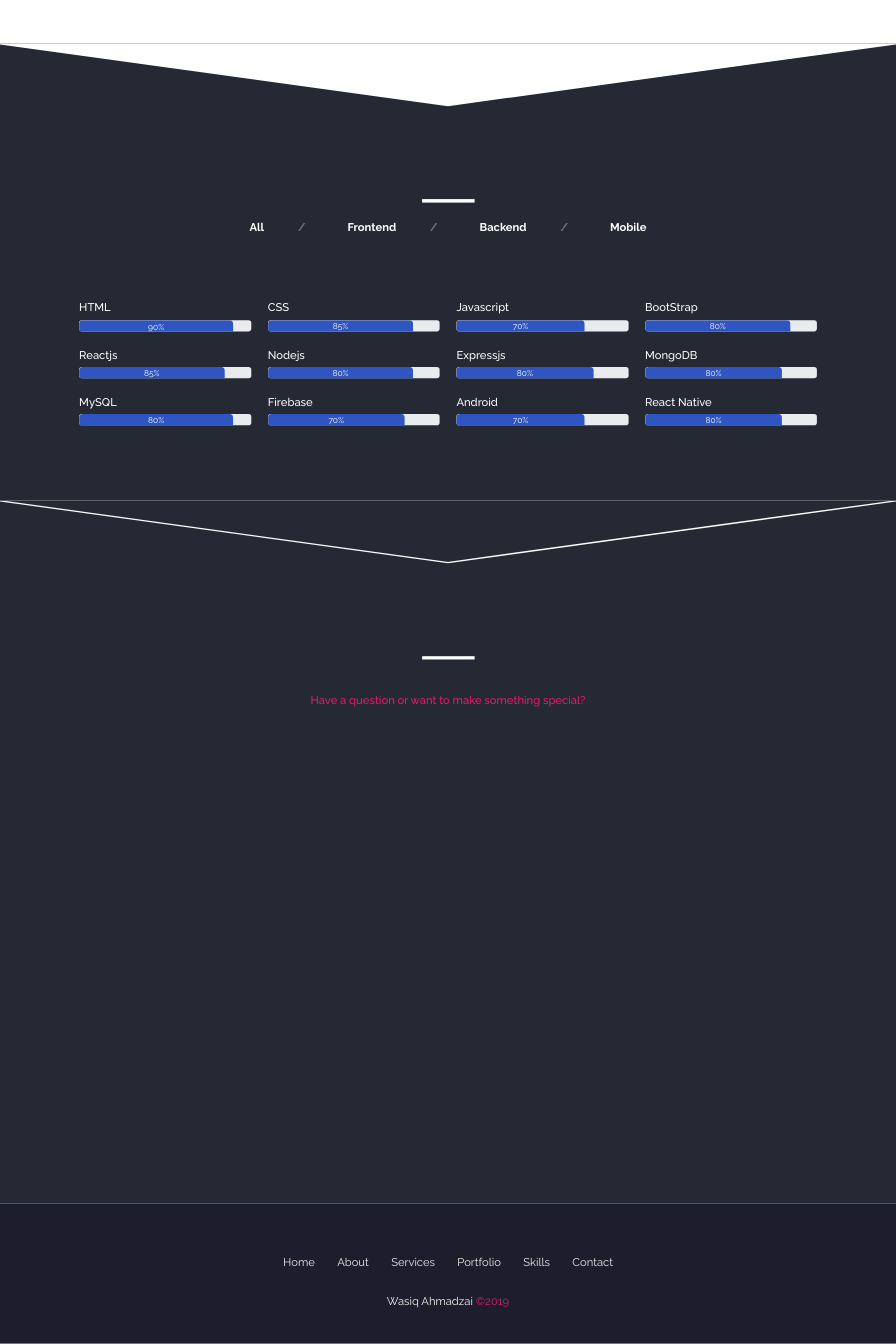
Repository: wasiqkhan/wasiqkhan.github.io
Page: index.html
The author's editor kept a copy of each file at every save. The page is drawn from the files as they stood at one save, then again after the next save.
The browser window is 1280 px wide. The pictures show the part of the page from y = 3818 to 5738 px (the page is 5738 px tall before and 5666 px after), at 70% of full size.

Above is the page before, as saved 2020-10-27 19:54:46.
Not found: js/all.js
Not found: js/app.js
Not found: js/particles.js

After the next save:
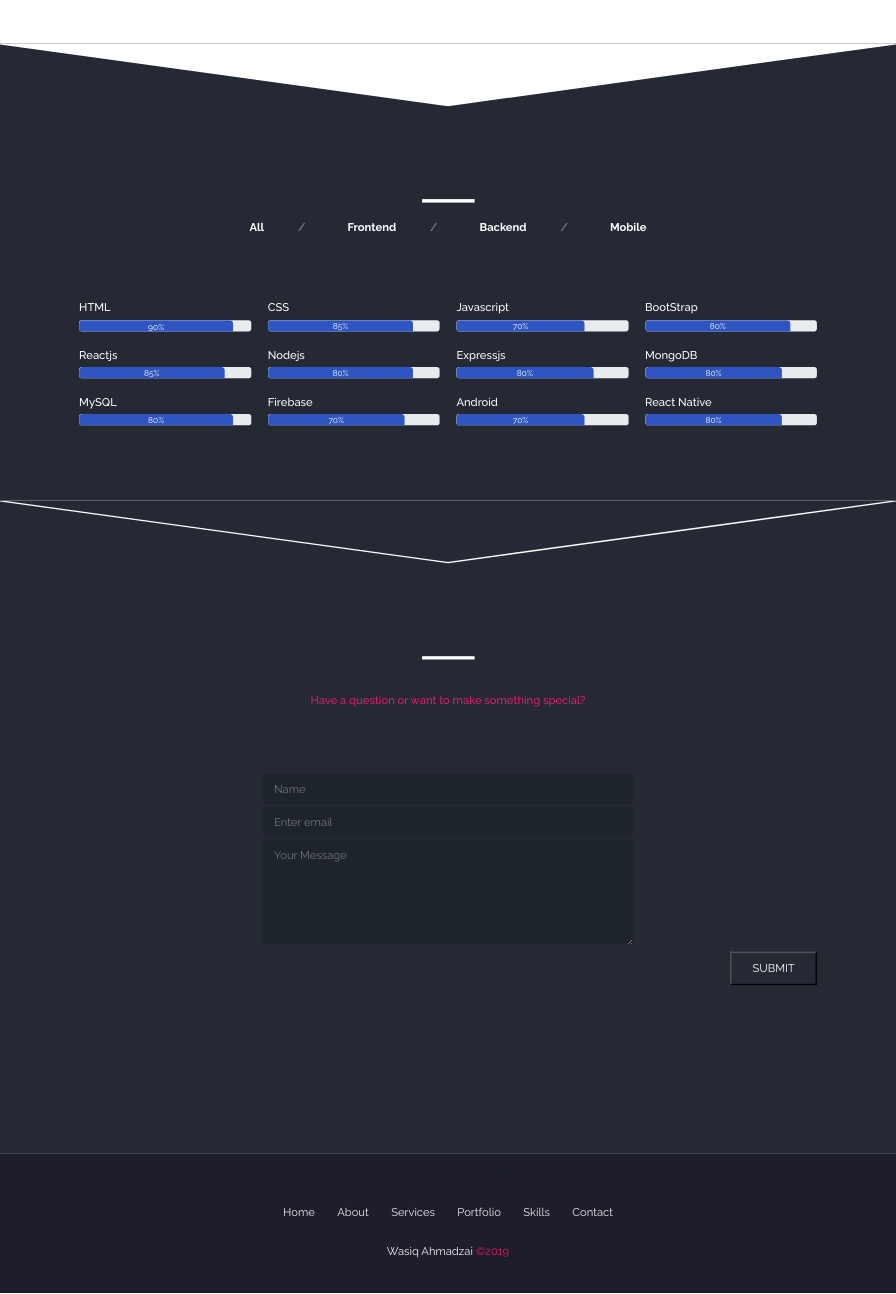
Saved 37 s later.
--- a/index.html
+++ b/index.html
@@ -467,7 +467,7 @@
         <div class="container">
           <h6 class="text-center py-5" style="color: #E31B6D">Have a question or want to make something special?</h6>
           <div class="service-items flex-wrap" style="padding: 0 0">
-              <div class="item fun-facts" style="margin-right: 10px ;background:#252934">
+
                 <form
                 class="waypoint"
                 data-animation="pop-in"
@@ -521,7 +521,6 @@
 
 
 
-            </div>
 
 <!--
 
